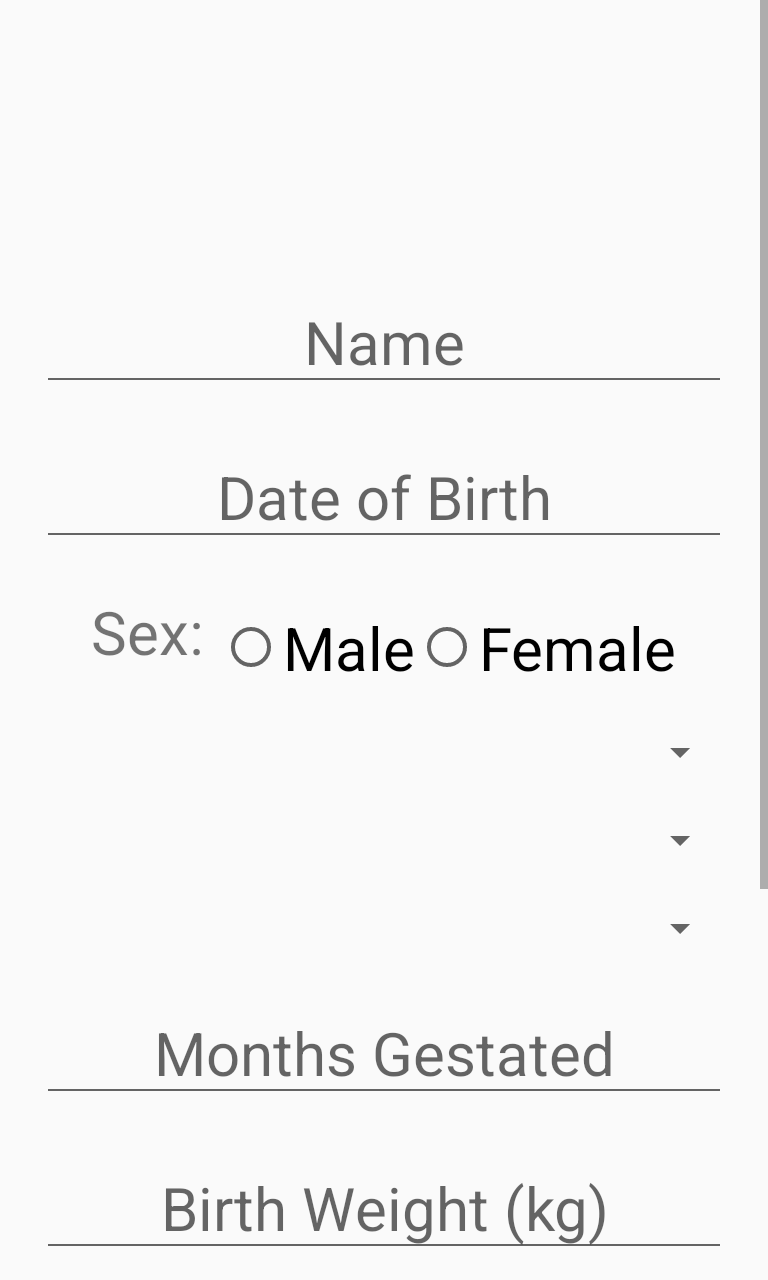
Repository: achavez812/GuatemalaProject2
Layout: GuateMedic-master/GuateMedic/res/layout/fragment_add_new_child.xml
The author's editor kept a copy of each file at every save. The layout is drawn from the files as they stood at one save, then again after the next save.
It is drawn on a 768 x 1280 px phone screen (xhdpi) without system bars, with theme AppTheme; the app's code is not run.

Above is the layout before, as saved 2014-07-05 01:41:57.

### GuateMedic-master/GuateMedic/res/layout/fragment_add_new_child.xml
<?xml version="1.0" encoding="utf-8"?>
<ScrollView
     xmlns:android="http://schemas.android.com/apk/res/android"
     android:layout_width="match_parent"
     android:layout_height="match_parent">
	 <LinearLayout
	     android:layout_width="match_parent"
	     android:layout_height="wrap_content"
	     android:orientation="vertical"
	     android:gravity="center"
	     android:padding="20dp">

	     <TextView
	         android:id="@+id/add_new_child_family"
	         android:layout_width="wrap_content"
	         android:layout_height="wrap_content"
	         android:gravity="center"
	         android:textSize="30sp"
	         android:layout_marginBottom="40dp"
	         android:layout_marginTop="20dp" />

	     <EditText
	         android:id="@+id/add_new_child_name"
	         android:layout_width="match_parent"
	         android:layout_height="wrap_content"
	         android:gravity="center"
	         android:layout_marginTop="20dp"
	         android:textSize="30sp"
	         android:hint="Name" />

	     <EditText
	         android:id="@+id/add_new_child_dob"
	         android:layout_width="match_parent"
	         android:layout_height="wrap_content"
	         android:gravity="center"
	         android:layout_marginTop="20dp"
	         android:textSize="30sp"
	         android:hint="Date of Birth" />

		<LinearLayout
	        android:layout_width="match_parent"
	        android:layout_height="wrap_content"
	        android:layout_marginTop="20dp"
	        android:gravity="center_horizontal"
	        android:orientation="horizontal" >

	    	<TextView
		     	android:id="@+id/add_new_child_gender_title"
			    android:layout_width="wrap_content"
			    android:layout_height="wrap_content"
				android:textSize="30sp"
			    android:text="Sex: "
			    />

	    	<RadioGroup
	    	    android:id="@+id/add_new_child_gender"
			    android:layout_width="wrap_content"
			    android:layout_height="wrap_content"
			    android:layout_marginTop="8dp"
			    android:orientation="horizontal">

			    <RadioButton android:id="@+id/radio_male"
			        android:layout_width="wrap_content"
			        android:layout_height="wrap_content"
			        android:textSize="30sp"
			        android:text="Male"/>

			    <RadioButton android:id="@+id/radio_female"
			        android:layout_width="wrap_content"
			        android:layout_height="wrap_content"
			        android:textSize="30sp"
			        android:text="Female"/>

			</RadioGroup>

		</LinearLayout>



     <Spinner
         android:id="@+id/add_new_child_type_of_birth"
         android:layout_width="match_parent"
         android:layout_height="wrap_content"
         android:gravity="center"
         android:layout_marginTop="20dp"/>

     <Spinner
         android:id="@+id/add_new_child_num_children_in_same_pregnancy"
         android:layout_width="match_parent"
         android:layout_height="wrap_content"
         android:gravity="center"
         android:layout_marginTop="20dp" />

     <Spinner
         android:id="@+id/add_new_child_prenatal_care"
         android:layout_width="match_parent"
         android:layout_height="wrap_content"
         android:gravity="center"
         android:layout_marginTop="20dp" />

     <EditText
         android:id="@+id/add_new_child_months_gestated"
         android:layout_width="match_parent"
         android:layout_height="wrap_content"
         android:gravity="center"
         android:layout_marginTop="20dp"
         android:textSize="30sp"
         android:inputType="numberDecimal"
         android:hint="Months Gestated" />

     <EditText
         android:id="@+id/add_new_child_birth_weight"
         android:layout_width="match_parent"
         android:layout_height="wrap_content"
         android:gravity="center"
         android:layout_marginTop="20dp"
         android:textSize="30sp"
         android:hint="Birth Weight (kg)" />

     <EditText
         android:id="@+id/add_new_child_birth_height"
         android:layout_width="match_parent"
         android:layout_height="wrap_content"
         android:gravity="center"
         android:layout_marginTop="20dp"
         android:textSize="30sp"
         android:hint="Birth Height (cm)" />

     <EditText
         android:id="@+id/add_new_child_youngest_sibling_dob"
         android:layout_width="match_parent"
         android:layout_height="wrap_content"
         android:gravity="center"
         android:layout_marginTop="20dp"
         android:textSize="30sp"
         android:hint="Youngest Sibling Date of Birth"
         />

     <Button
         android:id="@+id/add_new_child_button"
         android:layout_width="150dp"
         android:layout_height="50dp"
         android:layout_marginTop="30dp"
         android:gravity="center"
         android:textSize="30sp"
         android:text="Add Child" />
 	</LinearLayout>
</ScrollView>

### GuateMedic-master/GuateMedic/res/values/styles.xml
<resources xmlns:android="http://schemas.android.com/apk/res/android">

    <!--
        Base application theme, dependent on API level. This theme is replaced
        by AppBaseTheme from res/values-vXX/styles.xml on newer devices.
    -->

    <!-- Application theme. -->
    <style name="AppTheme" parent="@style/Theme.AppCompat.Light.DarkActionBar">
        <!-- All customizations that are NOT specific to a particular API-level can go here. -->
    	<item name="android:typeface">sans</item>
        <item name="actionBarStyle">@style/MyActionBar</item>
    	<item name="android:actionBarStyle">@style/MyActionBar</item>
    	<item name="android:actionOverflowButtonStyle">@style/OverFlow</item>
    	<item name="android:popupMenuStyle">@style/MyPopupMenu</item>
    	<item name="popupMenuStyle">@style/MyPopupMenu</item>
        <item name="android:panelBackground">#004d6b</item>
         <item name="android:itemTextAppearance">@style/myCustomMenuTextApearance</item>

    </style>
       <style name="myCustomMenuTextApearance" parent="@android:style/TextAppearance.Widget.IconMenu.Item">
        <item name="android:textColor">#FFFFFF</item>
        <item name="android:textSize">20sp</item>

    </style>
    <style name="MyActionBar" parent="@style/Widget.AppCompat.Light.ActionBar.Solid.Inverse">
        <item name="android:background">#004d6b</item>
        <item name="android:titleTextStyle">@style/TitleText</item>



    </style>

    <style name ="MyPopupMenu" parent="android:Theme.Holo.Light">
        <item name="android:popupBackground">#004d6b</item>
    </style>

    <style name="OverFlow" parent="@android:style/Widget.Holo.ActionButton.Overflow">
    	<item name="android:src">@drawable/ic_action_overflow</item>
	</style>
    <style name="TitleText">
        <item name="android:textColor">#FFFFFF</item>
        <item name="android:typeface">sans</item>
        <item name="android:textSize">30sp</item>

    </style>
	<!--
	<style name="HomePage" parent="AppTheme">
	<item name="android:background"> @drawable/guatemala_home_bg </item>
	</style>
	    -->





</resources>

After the next save:
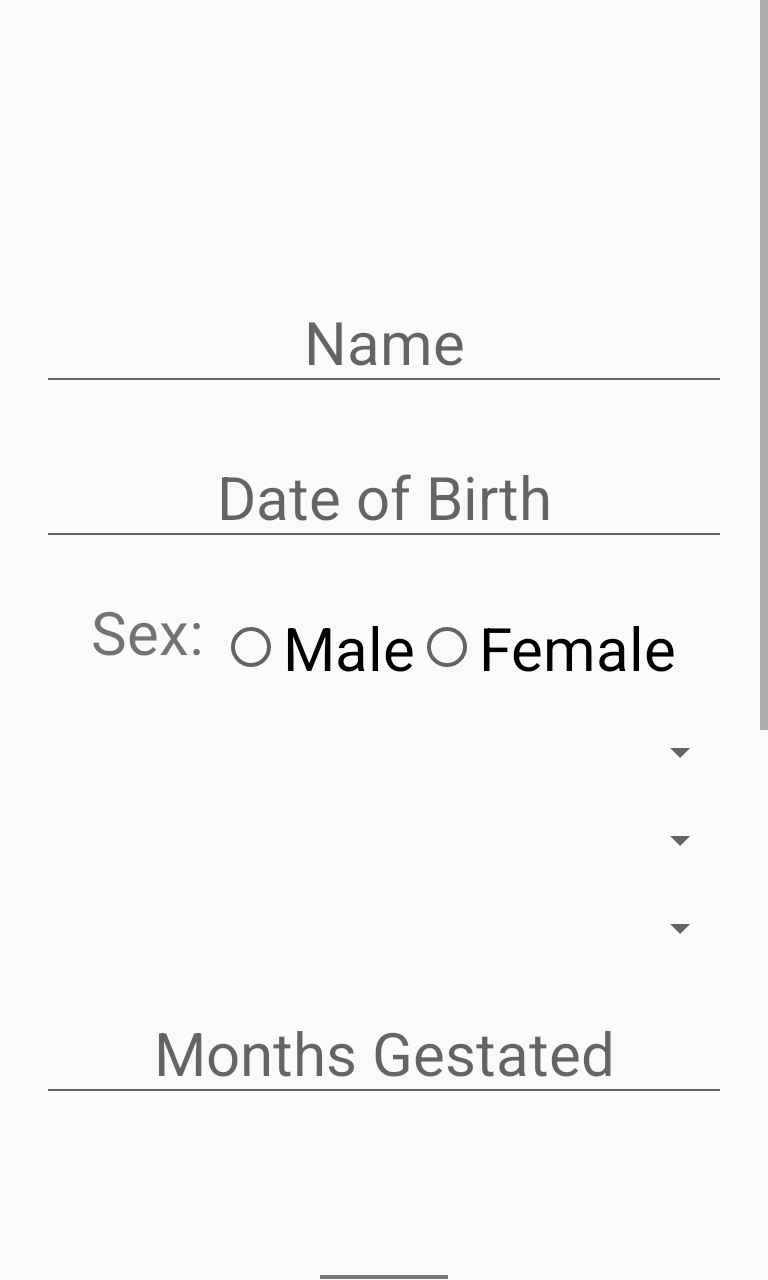
Saved 4 min 16 s later.
--- a/GuateMedic-master/GuateMedic/res/layout/fragment_add_new_child.xml
+++ b/GuateMedic-master/GuateMedic/res/layout/fragment_add_new_child.xml
@@ -108,6 +108,13 @@
          android:inputType="numberDecimal"
          android:hint="Months Gestated" />
 
+     <NumberPicker
+        android:id="@+id/numberPicker1"
+        android:layout_width="wrap_content"
+        android:layout_height="wrap_content"
+        android:gravity="center"
+        android:layout_marginTop="20dp"/>
+
      <EditText
          android:id="@+id/add_new_child_birth_weight"
          android:layout_width="match_parent"

After the save that followed:
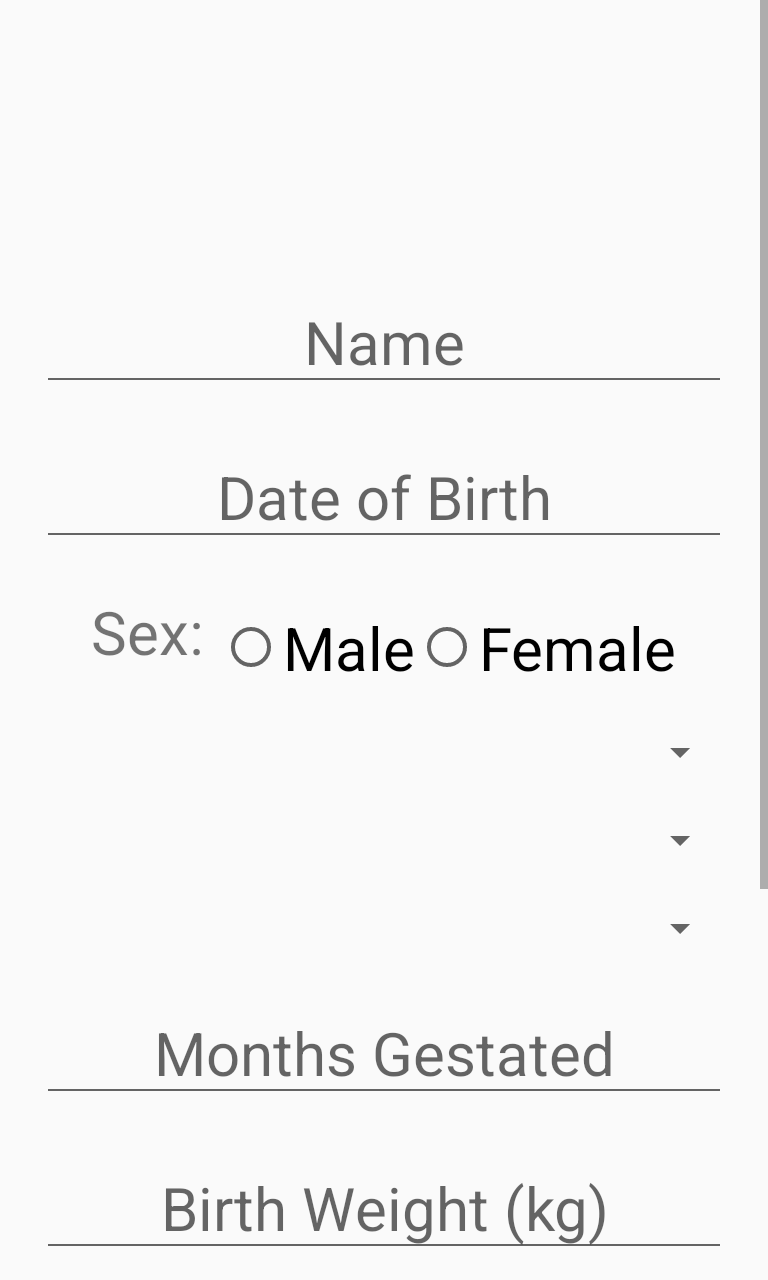
Saved 4 min 58 s later.
--- a/GuateMedic-master/GuateMedic/res/layout/fragment_add_new_child.xml
+++ b/GuateMedic-master/GuateMedic/res/layout/fragment_add_new_child.xml
@@ -108,13 +108,6 @@
          android:inputType="numberDecimal"
          android:hint="Months Gestated" />
 
-     <NumberPicker
-        android:id="@+id/numberPicker1"
-        android:layout_width="wrap_content"
-        android:layout_height="wrap_content"
-        android:gravity="center"
-        android:layout_marginTop="20dp"/>
-
      <EditText
          android:id="@+id/add_new_child_birth_weight"
          android:layout_width="match_parent"
